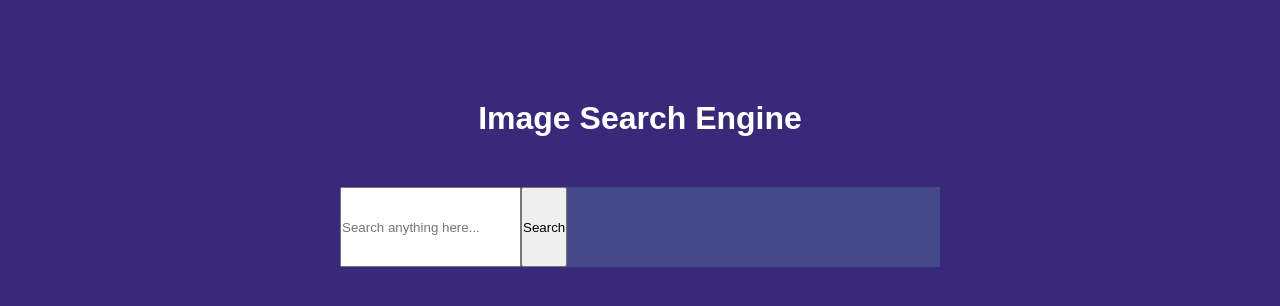
Repository: AbdullahOwais-Dev/Image-Search-App
Page: index.html
The author's editor kept a copy of each file at every save. The page is drawn from the files as they stood at one save, then again after a run of saves.
The browser window is 1280 px wide. The pictures show the whole page.

Above is the page before, as saved 2025-02-09 00:14:31.

### index.html
<!DOCTYPE html>
<html lang="en">
<head>
    <meta charset="UTF-8">
    <meta name="viewport" content="width=device-width, initial-scale=1.0">
    <link rel="stylesheet" href="style.css">
    <link rel="shortcut icon" href="icon.png" type="image/x-icon">
    <title>Image Search</title>
</head>
<body>

    <h1>Image Search Engine</h1>
    <form id="search-form">
        <input type="text" id="search-box" placeholder="Search anything here...">
        <button>Search</button>
    </form>

</body>
</html>

### style.css
*{
    margin: 0;
    padding: 0;
    box-sizing: border-box;
    font-family: 'poppins', sans-serif;
}
body{
    background: #39297b;
    color: #fff;
}
h1{
    text-align: center;
    margin: 100px auto 50px;
    font-weight: 600;
}
form{
    width: 90%;
    max-width: 600px;
    margin: auto;
    height: 80px;
    background: #434989;
    display: flex;
}

After the next 5 saves:
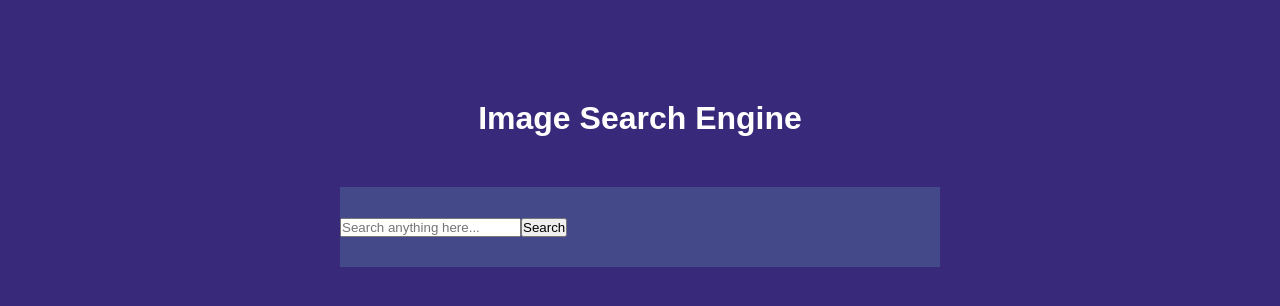
The 5 saves are shown as one change because they came seconds apart.
The last was saved 22 s later.
--- a/style.css
+++ b/style.css
@@ -20,4 +20,6 @@
     height: 80px;
     background: #434989;
     display: flex;
+    align-items: center;
 }
+form input
